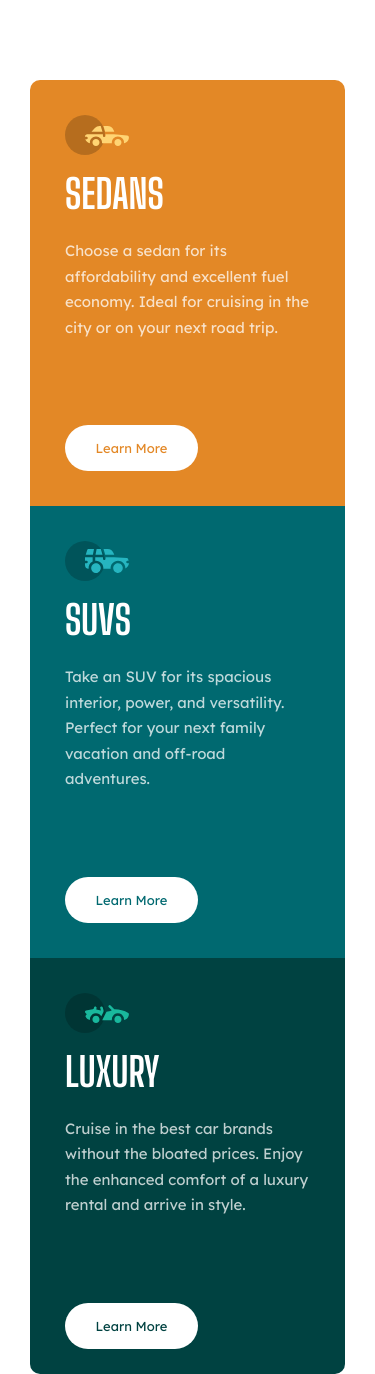
Repository: KamoliddinGIT/column-preview-card
Page: index.html
The author's editor kept a copy of each file at every save. The page is drawn from the files as they stood at one save, then again after the next save.
The browser window is 375 px wide. The pictures show the whole page.

Above is the page before, as saved 2023-09-15 17:10:37.

After the next save:
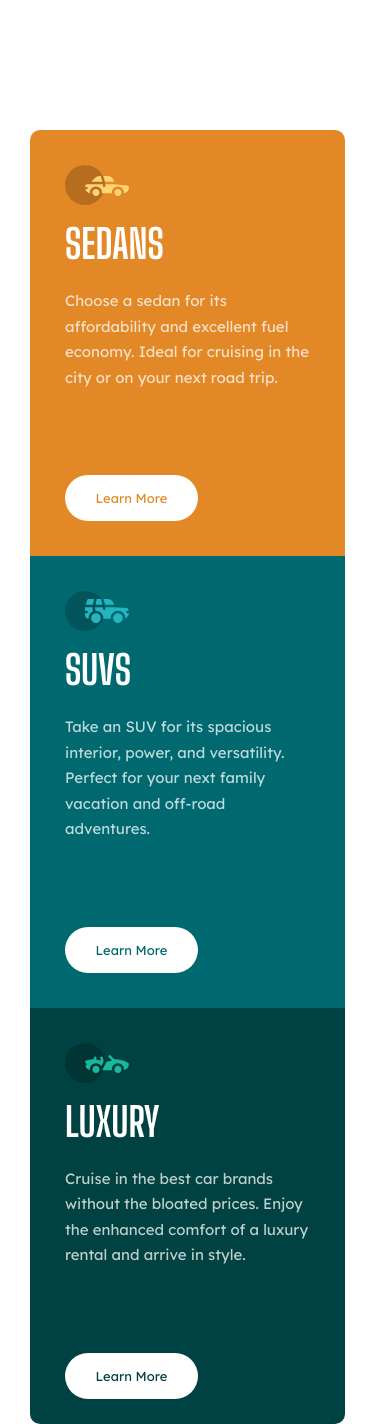
Saved 35 s later.
--- a/css/style.css
+++ b/css/style.css
@@ -189,7 +189,6 @@
     padding: 30px;
   }
   .container {
-    margin-top: -100px;
     max-width: 400px;
     width: 100%;
     margin-bottom: 40px;

After the 2 saves that followed:
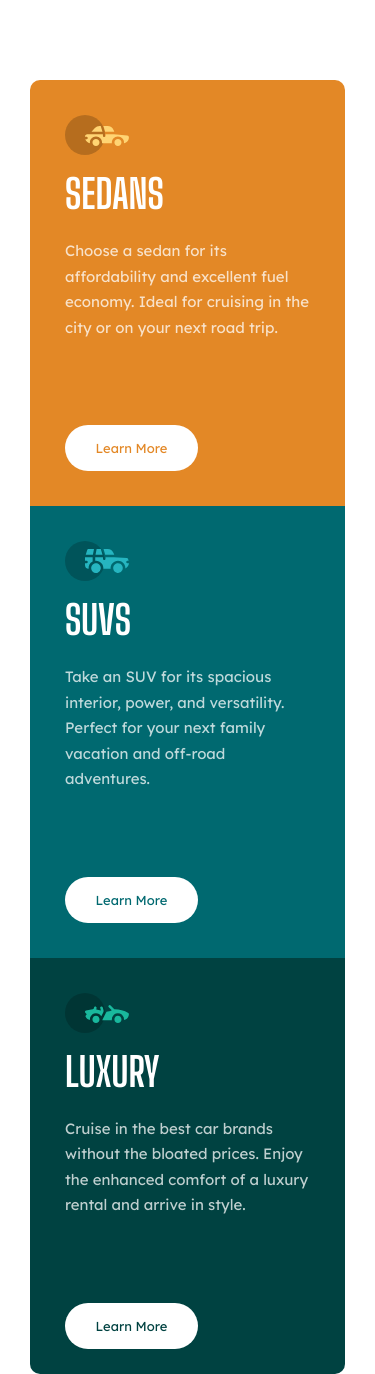
The 2 saves are shown as one change because 1 left the picture as it was.
The last was saved 54 s later.
--- a/css/style.css
+++ b/css/style.css
@@ -189,6 +189,7 @@
     padding: 30px;
   }
   .container {
+    margin-top: -100px;
     max-width: 400px;
     width: 100%;
     margin-bottom: 40px;
